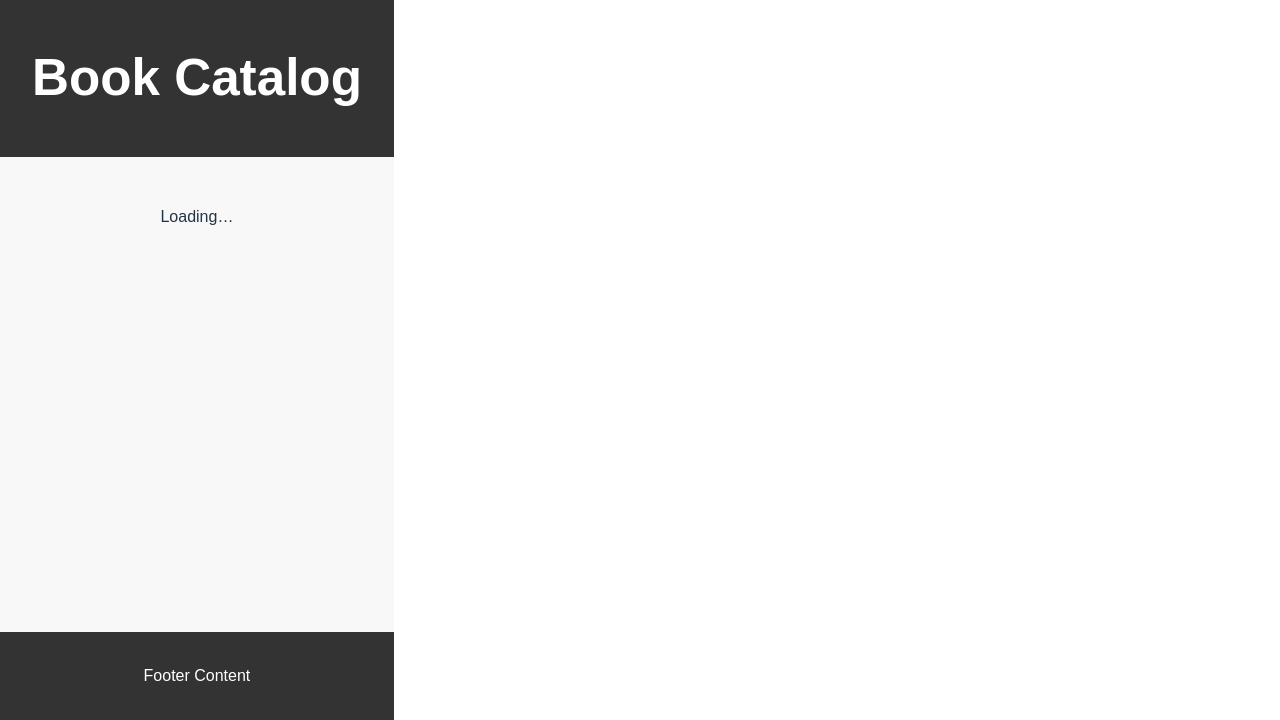
Repository: primcharlin/COMP3170_Lab_Assignment_Components
Page: /
An editor plug-in stored every save of this project. The page is shown before and after the next save, followed by the edit.
The browser window is 1280 px wide. The pictures show the whole page.
The page's requests for data from a server got no answer. The project was rebuilt for these pictures with package versions that can differ from the ones it lists, and the page was loaded fresh each time. No one was signed in, and anything a server would have sent is missing. Also part of the build but not shown: vite.config.js.

Above is the page before, as saved 2025-09-12 02:39:50.

### index.html
<!DOCTYPE html>
<html lang="en">
    <head>
        <meta charset="UTF-8" />
        <link
            rel="icon"
            type="image/svg+xml"
            href="/vite.svg" />
        <meta
            name="viewport"
            content="width=device-width, initial-scale=1.0" />
        <title>Book Catalog</title>
    </head>
    <body>
        <div id="root"></div>
        <script
            type="module"
            src="/src/main.jsx"></script>
    </body>
</html>

### src/App.jsx
// import { useState } from "react";
// import "./App.css";

// function App() {
//     const [count, setCount] = useState(0);
//     return (
//         <>
//             <div class='app-header'>
//                 <h1>Book Catalog</h1>
//             </div>

// <div class="content">
//       <div class="btn-plus">::after</div>
//       <div class="book">
//         <div class="image">
//           <img src="https://itbook.store/img/books/9781912047420.png" alt="Book Cover" />
//         </div>
//       </div>
// </div>

// <div class="footer">
//     <p>Footer Content</p>
// </div>

//         </>
//     );
// }

// export default App;

import { useEffect, useState } from "react";
import "./App.css";

export default function App() {
    const [books, setBooks] = useState([]);

    useEffect(() => {
        async function fetchBooks() {
            try {
                const res = await fetch(
                    "https://api.itbook.store/1.0/search/react"
                );
                const json = await res.json();
                setBooks(json.books.slice(0, 2)); // เอาแค่ 2 เล่ม
            } catch (e) {
                console.error(e);
            }
        }
        fetchBooks();
    }, []);

    return (
        <div className='app'>
            <header className='app-header'>
                <h1>Book Catalog</h1>
            </header>

            <div className='content'>
                {books.length === 0 ? (
                    <p>Loading…</p>
                ) : (
                    <div className='grid'>
                        {books.map((b, index) => (
                            <div
                                key={b.isbn13}
                                className={`book ${
                                    index === 0 ? "featured" : "normal"
                                }`}>
                                <div className='image'>
                                    <img
                                        src={b.image}
                                        alt={b.title}
                                    />
                                </div>
                                <div className='meta'>
                                    <h3 className='title'>{b.title}</h3>
                                    {b.subtitle && (
                                        <p className='subtitle'>{b.subtitle}</p>
                                    )}
                                    <p className='price'>{b.price}</p>
                                </div>
                            </div>
                        ))}
                    </div>
                )}
            </div>

            <footer className='footer'>
                <p>Footer Content</p>
            </footer>
        </div>
    );
}

### src/App.css
/* * {
    box-sizing: border-box;
}

div {
    display: block;
    unicode-bidi: isolate;
}

.app-header {
    position: fixed;
    top: 0;
    left: 0;
    width: 100vw;
    z-index: 1000;
    padding: 1em;
    color: teal;
    background: pink;
    border-bottom: 5px solid black;
    box-sizing: border-box;
    text-align: center;
    font-family: Helvetica, sans-serif;
}

h1 {
    display: block;
    font-size: 2em;
    margin-block-start: 0.67em;
    margin-block-end: 0.67em;
    margin-inline-start: 0px;
    margin-inline-end: 0px;
    font-weight: bold;
    unicode-bidi: isolate;
}

.book .image img {
    width: 100%;
}

img {
    overflow-clip-margin: content-box;
    overflow: clip;
} */

/* Layout basics */
/* App.css */

.app {
    font-family: Arial, sans-serif;
    background: #f8f8f8;
    min-height: 100vh;
    display: flex;
    flex-direction: column;
}

.app-header {
    background-color: #333;
    color: white;
    padding: 1rem 2rem;
    text-align: center;
}

.content {
    flex: 1;
    display: flex;
    justify-content: center;
    align-items: flex-start;
    padding: 2rem;
}

.grid {
    display: grid;
    grid-template-columns: 1fr 1fr;
    gap: 2rem;
    max-width: 1000px;
    width: 100%;
}

.book {
    background: white;
    border-radius: 10px;
    overflow: hidden;
    box-shadow: 0 4px 10px rgba(0, 0, 0, 0.1);
    display: flex;
    flex-direction: column;
    transition: transform 0.2s ease;
}
.book:hover {
    transform: translateY(-4px);
}

.book.featured {
    grid-column: span 1;
    display: grid;
    grid-template-columns: 1fr 2fr;
    align-items: center;
    padding: 1rem;
}

.book.featured .image img {
    max-width: 100%;
    height: auto;
    border-radius: 6px;
}

.book.normal .image img {
    width: 100%;
    height: auto;
    object-fit: cover;
}

.meta {
    padding: 1rem;
}

.title {
    margin: 0 0 0.5rem;
    font-size: 1.2rem;
    font-weight: bold;
    color: #222;
}

.subtitle {
    font-size: 0.9rem;
    color: #555;
    margin-bottom: 0.5rem;
}

.price {
    font-weight: bold;
    color: #008000;
}

.footer {
    background: #333;
    color: white;
    text-align: center;
    padding: 1rem;
}

Loaded but not shown: src/main.jsx (common file); src/index.css (common file)

After the next save:
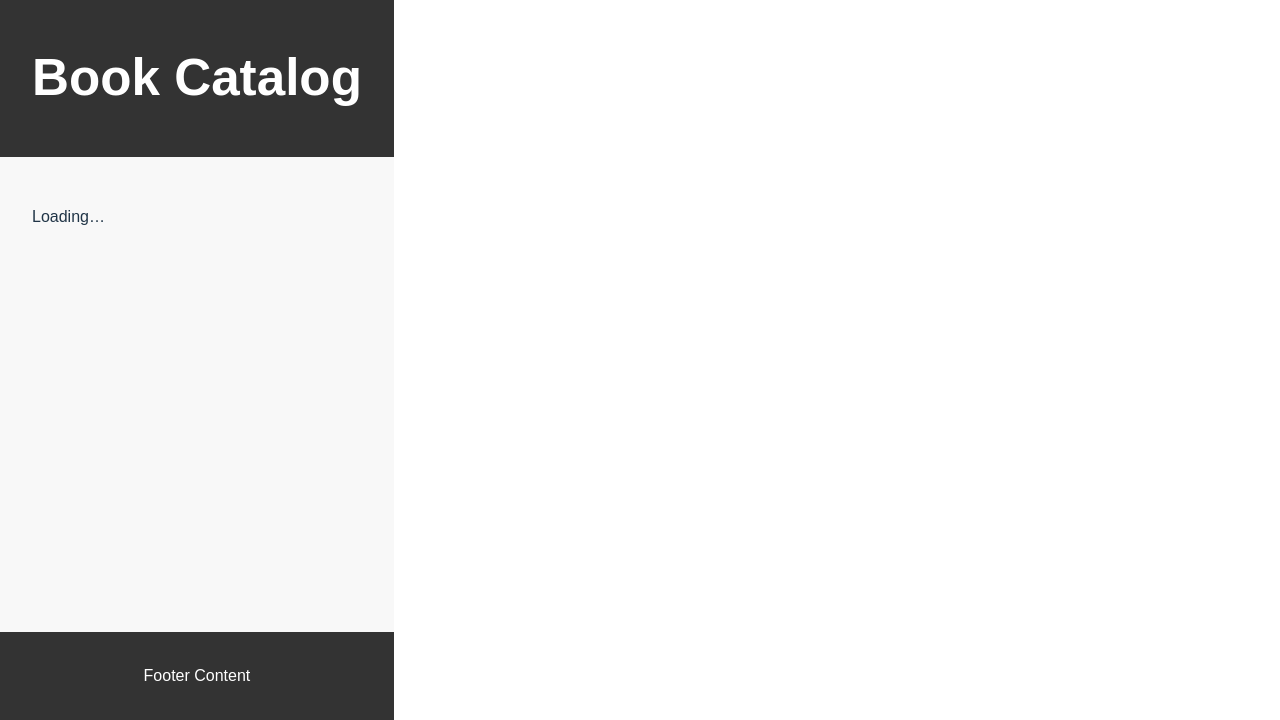
Saved 68 s later.
--- a/src/App.css
+++ b/src/App.css
@@ -62,17 +62,13 @@ img {
 
 .content {
     flex: 1;
-    display: flex;
-    justify-content: center;
-    align-items: flex-start;
     padding: 2rem;
 }
 
 .grid {
     display: grid;
-    grid-template-columns: 1fr 1fr;
+    grid-template-columns: 1fr 1fr; /* 2 คอลัมน์เต็มหน้าจอ */
     gap: 2rem;
-    max-width: 1000px;
     width: 100%;
 }
 
@@ -89,8 +85,8 @@ img {
     transform: translateY(-4px);
 }
 
+/* Featured book = layout สองคอลัมน์ (รูปใหญ่ + รายละเอียด) */
 .book.featured {
-    grid-column: span 1;
     display: grid;
     grid-template-columns: 1fr 2fr;
     align-items: center;
@@ -98,7 +94,7 @@ img {
 }
 
 .book.featured .image img {
-    max-width: 100%;
+    width: 100%;
     height: auto;
     border-radius: 6px;
 }
@@ -115,13 +111,13 @@ img {
 
 .title {
     margin: 0 0 0.5rem;
-    font-size: 1.2rem;
+    font-size: 1.4rem;
     font-weight: bold;
     color: #222;
 }
 
 .subtitle {
-    font-size: 0.9rem;
+    font-size: 1rem;
     color: #555;
     margin-bottom: 0.5rem;
 }
